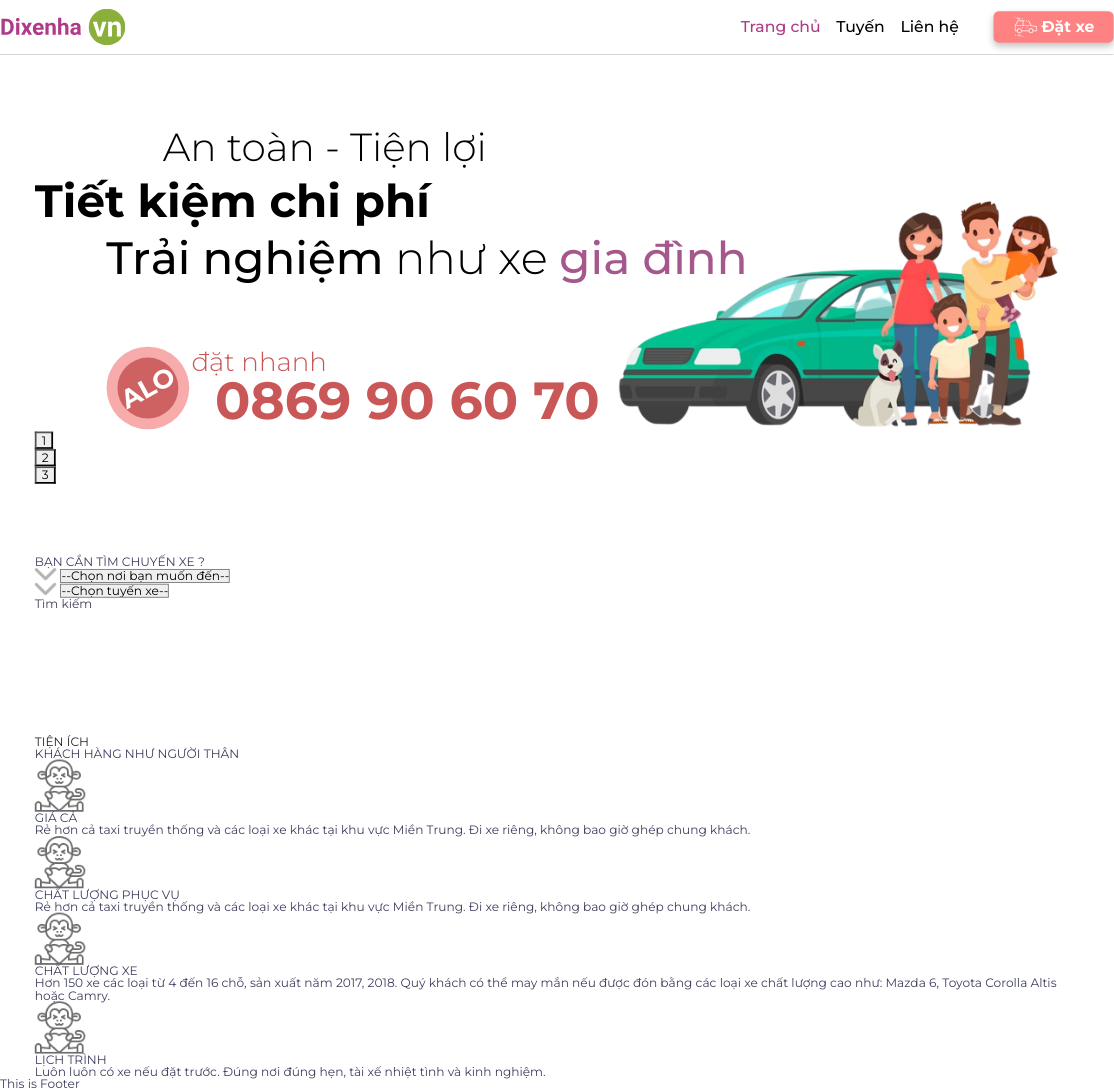
Repository: thanhthien0706/last_project--fe004
Page: lastProductF004/dist/index.html
An editor plug-in stored every save of this project. The page is shown before and after the next save, followed by the edit.
The browser window is 1280 px wide. The pictures show the whole page, at 87% of full size.
Some web libraries are served in a nearby version. The style sheet was rebuilt from its Sass, Less or Tailwind sources for each picture, by a compiler version that may differ from the author's.

Above is the page before, as saved 2021-09-16 20:26:59.

### lastProductF004/dist/index.html
<html lang="vi">

<head>
  <!-- include head.html -->
  <title>Trang web cho thuê xe Đà Nẵng - Hội An</title>
<meta name="viewport" content="width=device-width, initial-scale=1, shrink-to-fit=no">
<meta http-equiv="Content-type" content="text/html;charset=UTF-8">

<!-- favicon -->
<link href="/images/favicon.ico" type="image/x-icon" rel="icon">
<!-- meta social -->
<meta name="twitter:card" content="" />
<meta name="twitter:site" content="" />
<meta name="twitter:creator" content="" />
<meta property="og:description" content="" />
<meta property="og:image" content="" />
<meta property="og:site_name" content="">
<meta property="og:title" content="" />
<meta property="og:type" content="">
<meta property="og:url" content="" />
<link rel="apple-touch-icon" sizes="180x180" href="/images/favicon/apple-touch-icon.png">
<link rel="icon" type="image/png" sizes="32x32" href="/images/favicon/favicon-32x32.png">
<link rel="icon" type="image/png" sizes="16x16" href="/images/favicon/favicon-16x16.png">

<link rel="manifest" href="/manifest.json">

<meta name="mobile-web-app-capable" content="yes">
<meta name="apple-mobile-web-app-capable" content="yes">
<meta name="application-name" content="Short name web app">
<meta name="apple-mobile-web-app-title" content="Short name web app">
<meta name="theme-color" content="#00a849">
<meta name="msapplication-navbutton-color" content="#00a849">
<meta name="apple-mobile-web-app-status-bar-style" content="black-translucent">
<meta name="msapplication-starturl" content="/">


  <!-- include styles.html -->
  <link href="https://fonts.googleapis.com/css?family=Roboto|Roboto+Condensed|Roboto+Mono|Roboto+Slab&display=swap"
    rel="stylesheet">
<link href="https://fonts.googleapis.com/icon?family=Material+Icons" rel="stylesheet">


<!-- boostrap -->
<link rel="stylesheet" href="https://stackpath.bootstrapcdn.com/bootstrap/4.4.1/css/bootstrap.min.css"
    integrity="sha384-Vkoo8x4CGsO3+Hhxv8T/Q5PaXtkKtu6ug5TOeNV6gBiFeWPGFN9MuhOf23Q9Ifjh" crossorigin="anonymous">
<link rel="stylesheet" href="https://use.fontawesome.com/releases/v5.8.2/css/all.css"
    integrity="sha384-oS3vJWv+0UjzBfQzYUhtDYW+Pj2yciDJxpsK1OYPAYjqT085Qq/1cq5FLXAZQ7Ay" crossorigin="anonymous">

<link rel="stylesheet" href="https://unpkg.com/swiper/swiper-bundle.css">
<link rel="stylesheet" href="https://unpkg.com/swiper/swiper-bundle.min.css">

<link href="https://unpkg.com/aos@2.3.1/dist/aos.css" rel="stylesheet">

<!-- build:css(.tmp) style/style.min.css -->
<!-- <link rel="stylesheet" type="text/css" media="screen" href="styles/main.scss"/> -->
<link rel="stylesheet" type="text/css" media="screen" href="css/main.css" />
<!-- endbuild -->
</head>

<body class="wrapper">
  <header class="main_header">
  <div class="container_edit">
    <div class="box_main_content">
      <div class="box_logo">
        <img src="../../images/logo.svg" alt="logo" class="img_logo">
      </div>
      <div class="box_main_menu">
        <ul class="lista_menu">
          <li class="item_list">
              <a href="#" class="active">Trang chủ</a>
          </li>
          <li class="item_list">
              <a href="#">Tuyến</a>
          </li>
          <li class="item_list">
              <a href="#">Liên hệ</a>
          </li>
        </ul>
        <a href="#" class="btn_dat_xe">
          <img src="images/icon/ic_car-1.svg" alt="">
          <span class="text">Đặt xe</span>
        </a>
      </div>
    </div>
  </div>

</header>

  <section>

    <section class="section_01">
      <div class="container_new_edit">
        <div class="box_main_slide">
          <!-- slide 1 -->
          <div class="box_content_slide">

            <div class="box_slogan">
              <p class="slogan_1">An toàn - Tiện lợi</p>
              <p class="slogan_2">Tiết kiệm chi phí</p>
              <p class="slogan_3"><span class="sp_slogan_1">Trải nghiệm</span> như xe <span class="sp_slogan_2">gia đình</span></p>
            </div>

            <div class="box_contact">
              <div class="box_icon">
                <div class="shape_1"></div>
                <div class="shape_2"></div>
                <p class="icon">ALO</p>
              </div>
              <div class="box_text">
                <p>đặt nhanh</p>
                <p class="sdt">
                  0869 90 60 70
                </p>
              </div>
            </div>

            <div class="box_img">
              <img src="images/bg/bg_image-1.png" alt="">
            </div>

          </div>

          <!-- slide 2 -->
          <div class="box_content_slide">

            <div class="box_slogan">
              <p class="slogan_1">An toàn - Tiện lợi</p>
              <p class="slogan_2">Tiết kiệm chi phí</p>
              <p class="slogan_3"><span class="sp_slogan_1">Trải nghiệm</span> như xe <span class="sp_slogan_2">gia đình</span></p>
            </div>

            <div class="box_contact">
              <div class="box_icon">
                <div class="shape_1"></div>
                <div class="shape_2"></div>
                <p class="icon">ALO</p>
              </div>
              <div class="box_text">
                <p>đặt nhanh</p>
                <p class="sdt">
                  0869 90 60 70
                </p>
              </div>
            </div>

            <div class="box_img">
              <img src="images/bg/bg_image-1.png" alt="">
            </div>

          </div>

          <!-- slide 3 -->
          <div class="box_content_slide">

            <div class="box_slogan">
              <p class="slogan_1">An toàn - Tiện lợi</p>
              <p class="slogan_2">Tiết kiệm chi phí</p>
              <p class="slogan_3"><span class="sp_slogan_1">Trải nghiệm</span> như xe <span class="sp_slogan_2">gia đình</span></p>
            </div>

            <div class="box_contact">
              <div class="box_icon">
                <div class="shape_1"></div>
                <div class="shape_2"></div>
                <p class="icon">ALO</p>
              </div>
              <div class="box_text">
                <p>đặt nhanh</p>
                <p class="sdt">
                  0869 90 60 70
                </p>
              </div>
            </div>

            <div class="box_img">
              <img src="images/bg/bg_image-1.png" alt="">
            </div>

          </div>

        </div>
      </div>
    </section>
    <section class="section_02">
      <div class="container_new_edit">
        <div class="row_edit">
          <div class="box_left">
            <p>BẠN CẦN TÌM CHUYẾN XE ?</p>
            <section class="section_list_sec">

              <div class="box_main--sec">
                <span class="arrow">
                  <img src="images/icon/ic_arrow--down.png" alt="">
                </span>
                <select name="" id="" class="select_main">
                  <option value="1">--Chọn nơi bạn muốn đến--</option>
                  <option value="1">Đà nẵng</option>
                  <option value="1">Nha Trang</option>
                  <option value="1">Huế</option>
                </select>
              </div>

              <div class="box_main--sec">
                <span class="arrow">
                  <img src="images/icon/ic_arrow--down.png" alt="">
                </span>
                <select name="" id="" class="select_main">
                  <option value="1">--Chọn tuyến xe--</option>
                  <option value="1">Tuyến 1</option>
                  <option value="1">Tuyến 2</option>
                  <option value="1">Tuyến 3</option>
                </select>
              </div>

              <a href="#" class="btn_search">Tìm kiếm</a>
            </section>
          </div>
          <div class="box_right">
            <img src="images/bg/bg_img-2.svg" alt="">
          </div>
        </div>
      </div>
    </section>
    <section class="section_03">
      <div class="container_new_edit">
        <div class="box_header">
          <span>TIỆN ÍCH</span>
          <h2>KHÁCH HÀNG NHƯ NGƯỜI THÂN</h2>
        </div>
        <div class="box_tien-ich_main">
          <div class="box_grid">
            <div class="item_grid">
              <div class="box_conten">
                <div class="box_logo">
                  <img src="images/icon/ic_monkey.png" alt="">
                </div>
                <div class="box_text--main">
                  <h2>GIÁ CẢ</h2>
                  <p>
                    Rẻ hơn cả taxi truyền thống và các loại xe khác tại khu vực Miền Trung.
                    Đi xe riêng, không bao giờ ghép chung khách.
                  </p>
                </div>
              </div>
            </div>
            <div class="item_grid">
              <div class="box_conten">
                <div class="box_logo">
                  <img src="images/icon/ic_monkey.png" alt="">
                </div>
                <div class="box_text--main">
                  <h2>CHẤT LƯỢNG PHỤC VỤ</h2>
                  <p>
                    Rẻ hơn cả taxi truyền thống và các loại xe khác tại khu vực Miền Trung.
                    Đi xe riêng, không bao giờ ghép chung khách.
                  </p>
                </div>
              </div>
            </div>
            <div class="item_grid">
              <div class="box_conten">
                <div class="box_logo">
                  <img src="images/icon/ic_monkey.png" alt="">
                </div>
                <div class="box_text--main">
                  <h2>CHẤT LƯỢNG XE</h2>
                  <p>
                    Hơn 150 xe các loại từ 4 đến 16 chỗ, sản xuất năm 2017, 2018.
                    Quý khách có thể may mắn nếu được đón bằng các loại xe chất lượng cao
                    như: Mazda 6, Toyota Corolla Altis hoặc Camry.
                  </p>
                </div>
              </div>
            </div>
            <div class="item_grid">
              <div class="box_conten">
                <div class="box_logo">
                  <img src="images/icon/ic_monkey.png" alt="">
                </div>
                <div class="box_text--main">
                  <h2>LỊCH TRÌNH</h2>
                  <p>
                    Luôn luôn có xe nếu đặt trước.
                    Đúng nơi đúng hẹn, tài xế nhiệt tình và kinh nghiệm.
                  </p>
                </div>
              </div>
            </div>
          </div>
        </div>
      </div>
    </section>

  </section>
  <footer class="main_footer">
        <h1>This is Footer</h1>
</footer>

  <!-- include scripts.html -->
  <!-- boostrap -->
<script src="https://ajax.googleapis.com/ajax/libs/jquery/3.4.1/jquery.min.js"></script>
<!-- <script src="https://code.jquery.com/jquery-3.3.1.slim.min.js"
        integrity="sha384-q8i/X+965DzO0rT7abK41JStQIAqVgRVzpbzo5smXKp4YfRvH+8abtTE1Pi6jizo"
        crossorigin="anonymous"></script> -->
<script src="https://cdnjs.cloudflare.com/ajax/libs/popper.js/1.14.7/umd/popper.min.js"
        integrity="sha384-UO2eT0CpHqdSJQ6hJty5KVphtPhzWj9WO1clHTMGa3JDZwrnQq4sF86dIHNDz0W1"
        crossorigin="anonymous"></script>
<script src="https://stackpath.bootstrapcdn.com/bootstrap/4.3.1/js/bootstrap.min.js"
        integrity="sha384-JjSmVgyd0p3pXB1rRibZUAYoIIy6OrQ6VrjIEaFf/nJGzIxFDsf4x0xIM+B07jRM"
        crossorigin="anonymous"></script>



<!-- build:js script/script.min.js -->
<script type="text/javascript" src="js/slick.js"></script>
<script type="text/javascript" src="js/script.js"></script>
<!-- endbuild -->

<script src="https://unpkg.com/aos@2.3.1/dist/aos.js"></script>
</body>

</html>

### lastProductF004/src/styles/main.scss
// ----------------------------------------------------------------------
// Font
// ----------------------------------------------------------------------
@import url('https://fonts.googleapis.com/css?family=Roboto:300,400,500,700,900&subset=vietnamese');
@import url('https://cdnjs.cloudflare.com/ajax/libs/font-awesome/5.15.1/css/all.min.css');
// ----------------------------------------------------------------------
// Base
// ----------------------------------------------------------------------
@import "base/reset";
@import "base/fonts";
@import "base/base";

// ----------------------------------------------------------------------
// Layout
// ----------------------------------------------------------------------
@import "layout/slick";
@import "layout/global";
@import "layout/keyframes";
@import "layout/header";
@import "layout/footer";

// ----------------------------------------------------------------------
// Pages
// ----------------------------------------------------------------------
@import "pages/homepage";

### lastProductF004/src/styles/base/_fonts.scss
@import url('https://fonts.googleapis.com/css2?family=Montserrat:wght@100;200;300;400;500;600;700;800;900&display=swap');
// font-family: 'Montserrat', sans-serif;

### lastProductF004/src/styles/layout/_keyframes.scss
@include keyframes(faderighttoleft) {
    from {
        opacity: 0;
        right: -50px;
    }

    to {
        opacity: 1;
        right: 0;
    }
}

@include keyframes(face_text_slide) {
    from {
        opacity: 0;
        top: 20px;
    }

    to {
        opacity: 1;
        top: 0;
    }
}
@include keyframes(showcar_home) {
    from {
        opacity: 0;
        visibility: hidden;
        bottom: -10px;
    }

    to {
        opacity: 1;
        visibility: visible;
        bottom: 0;
    }
}

@include keyframes(showcar) {
    from {
        opacity: 0;
        visibility: hidden;
        bottom: -10px;
    }

    to {
        opacity: 1;
        visibility: visible;
        bottom: -24px;
    }
}

@include keyframes(xoayphone) {
    0% {
        @include xoay(-45deg);
    }

    50% {
        @include xoay(25deg);
    }

    100% {
        @include xoay(0deg);
    }
}

@include keyframes(onloadtabs) {
    from {
        opacity: 0;
        visibility: hidden;
        left: -10px;
    }

    to {
        opacity: 1;
        visibility: visible;
        left: 0;
    }
}

@include keyframes(showhomecar) {
    from {
        opacity: 0;
        visibility: hidden;
        min-height: 0;
        bottom: -20px;
    }

    to {
        opacity: 1;
        visibility: visible;
        min-height: 240px;
        bottom: 0;
    }
}

### lastProductF004/src/styles/layout/_header.scss
.container_edit{
    max-width: 1360px;
    width: 100%;
    margin: 0 auto;
}

.main_header{
    padding: 10px 0;
    background-color: #fff;
    border-bottom: 1px solid rgba(0, 0, 0, 0.22);
    .box_main_content{
        display: flex;
        flex-direction: row;
        justify-content: space-between;
        align-items: center;
        .box_logo{
            img{
                width: auto;
                height: 42px;
                object-fit: cover;
            }
        }
        .box_main_menu{
            display: flex;
            flex-direction: row;
            justify-self: center;
            align-items: center;
            .lista_menu{
                display: flex;
                flex-direction: row;
                justify-content: space-between;
                align-items: center;
                margin-right: 40px;
                .item_list{
                    margin-right:18px;
                    a{
                        font-size:18px;
                        color:#000;
                        font-weight: 500;
                        text-decoration: none;
                        transition: 0.5s;
                        &.active{
                            color:#AF3A87;
                        }
                        &:hover{
                            color:#AF3A87;
                        }
                    }
                    &:last-child{
                        margin-right:0;
                    }
                }
            }
            .btn_dat_xe{
                display: flex;
                flex-direction: row;
                justify-content: space-between;
                align-items: center;
                padding: 6px 22px;
                background-color: #FF8282;
                border-radius: 6px;
                text-decoration: none;
                filter: drop-shadow(0px 4px 4px rgba(0, 0, 0, 0.25));
                transition: 0.5s;
                &:hover{
                    opacity: 0.8;
                }
                img{
                    margin-right: 5px;
                }
                span{
                    font-size:18px;
                    color:#fff;
                    font-weight: bold;
                }
            }
        }
    }
}

### lastProductF004/src/styles/pages/_homepage.scss
html {
    scroll-behavior: smooth;
}

.container_new_edit{
    max-width: 1200px;
    width: 100%;
    margin: 0 auto;
}

.section_01{
    min-height:500px;
    padding: 83px 0;
    // width: 100%;
    .box_main_slide{
        .box_content_slide{
            position: relative;
            height: 350px;
            .box_slogan{
                position: absolute;
                top: 0;
                left: 0;
                .slogan_1{
                    @include font_size(45);
                    font-weight: 300;
                    color: #000;
                    margin-bottom: 14px;
                    margin-left: 147px;
                }
                .slogan_2{
                    @include font_size(52);
                    font-weight: bold;
                    color: #000;
                    margin-bottom: 14px;
                }
                .slogan_3{
                    @include font_size(52);
                    font-weight: 300;
                    color: #000;
                    margin-bottom: 14px;
                    margin-left: 82px;

                    .sp_slogan_1{
                        font-weight: 500;
                    }
                    .sp_slogan_2{
                        font-weight:500;
                        color: rgba(135, 32, 100, 0.75);
                    }
                }
            }
            .box_contact{
                position: absolute;
                display: flex;
                flex-direction: row;
                align-items: center;
                bottom: 5;
                left: 130px;
                .box_icon{
                    position: relative;
                    .shape_1{
                        position: absolute;
                        width: 95px;
                        height: 95px;
                        background-color:  rgba(245, 151, 151, 0.8);
                        top: 50%;
                        left: 50%;
                        transform: translate(-50%,-50%);
                        border-radius: 50%;
                    }
                    .shape_2{
                        position: absolute;
                        width: 70px;
                        height: 70px;
                        background-color: rgba(197, 81, 81, 0.8);
                        top: 50%;
                        left: 50%;
                        transform: translate(-50%,-50%);
                        border-radius: 50%;
                    }
                    p{
                        @include font_size(30);
                        font-weight: bold;
                        color: #fff;
                        text-align: center;
                        position: absolute;
                        top: 50%;
                        left: 50%;
                        transform: translate(-50%, -50%) rotate(-29deg);
                    }
                }

                .box_text{
                    margin-left: 50px;
                    p{
                        @include font_size(30);
                        font-weight: 300;
                        color: #CA5757;;
                    }
                    .sdt{
                        @include font_size(60);
                        font-weight: bold;
                        margin-left: 27px;
                    }
                }
            }
            .box_img{
                position: absolute;
                right: -44px;
                bottom: -54px;
                img{
                    width: auto;
                    height: 365px;
                    object-fit: cover;
                }
            }
        }
    }
}

Loaded but not shown: lastProductF004/dist/js/slick.js (library); lastProductF004/src/styles/base/_reset.scss (common file); lastProductF004/src/styles/layout/_slick.scss (common file); lastProductF004/dist/js/script.js (13 lines, source omitted); lastProductF004/src/styles/base/_base.scss (976 lines, source omitted); lastProductF004/src/styles/layout/_global.scss (187 lines, source omitted); lastProductF004/src/styles/layout/_footer.scss (no stored copy; drawn as an empty file)

After the next save:
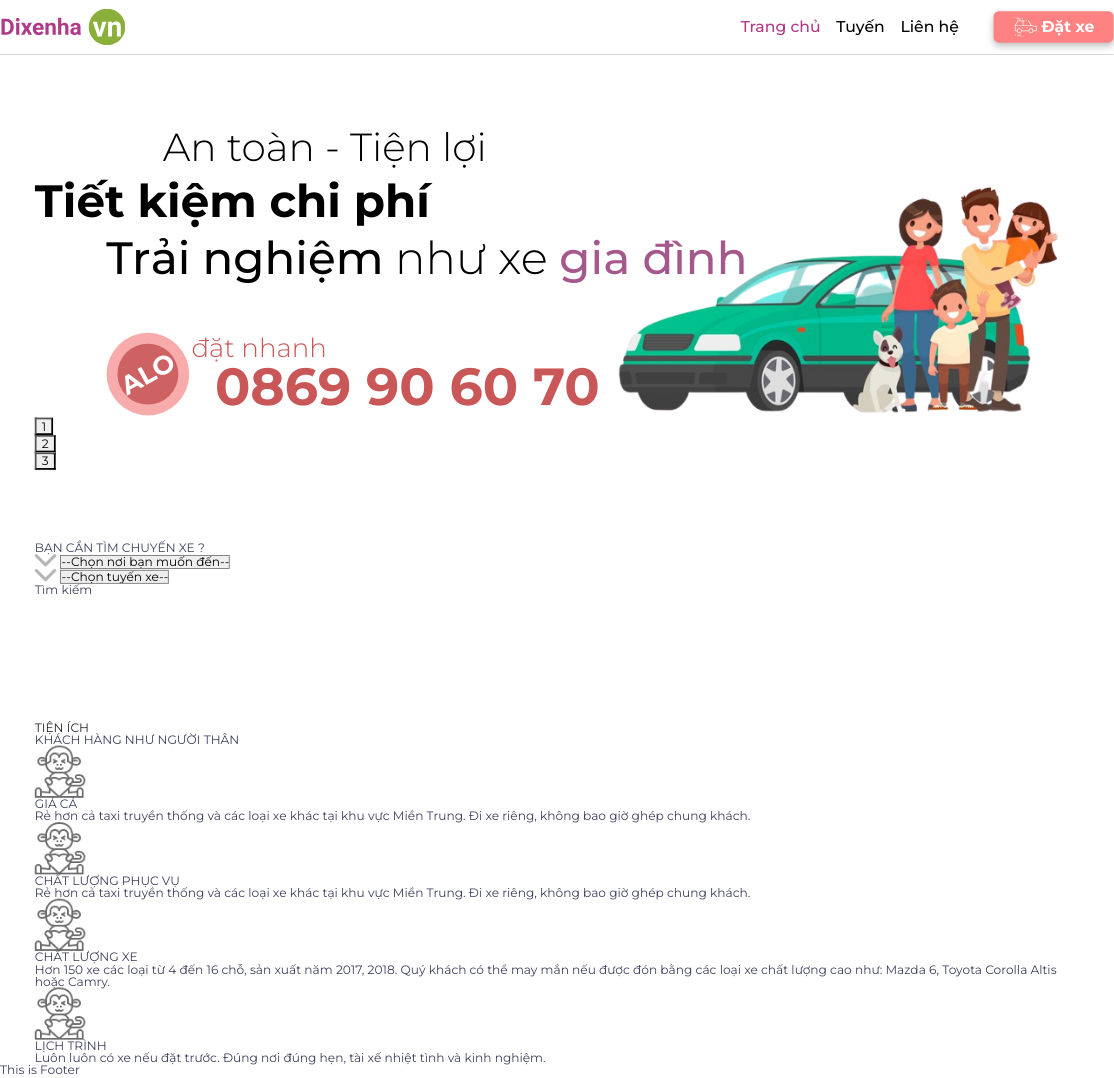
Saved 18 s later.
--- a/lastProductF004/src/styles/pages/_homepage.scss
+++ b/lastProductF004/src/styles/pages/_homepage.scss
@@ -15,7 +15,7 @@ html {
     .box_main_slide{
         .box_content_slide{
             position: relative;
-            height: 350px;
+            height: 334px;
             .box_slogan{
                 position: absolute;
                 top: 0;
